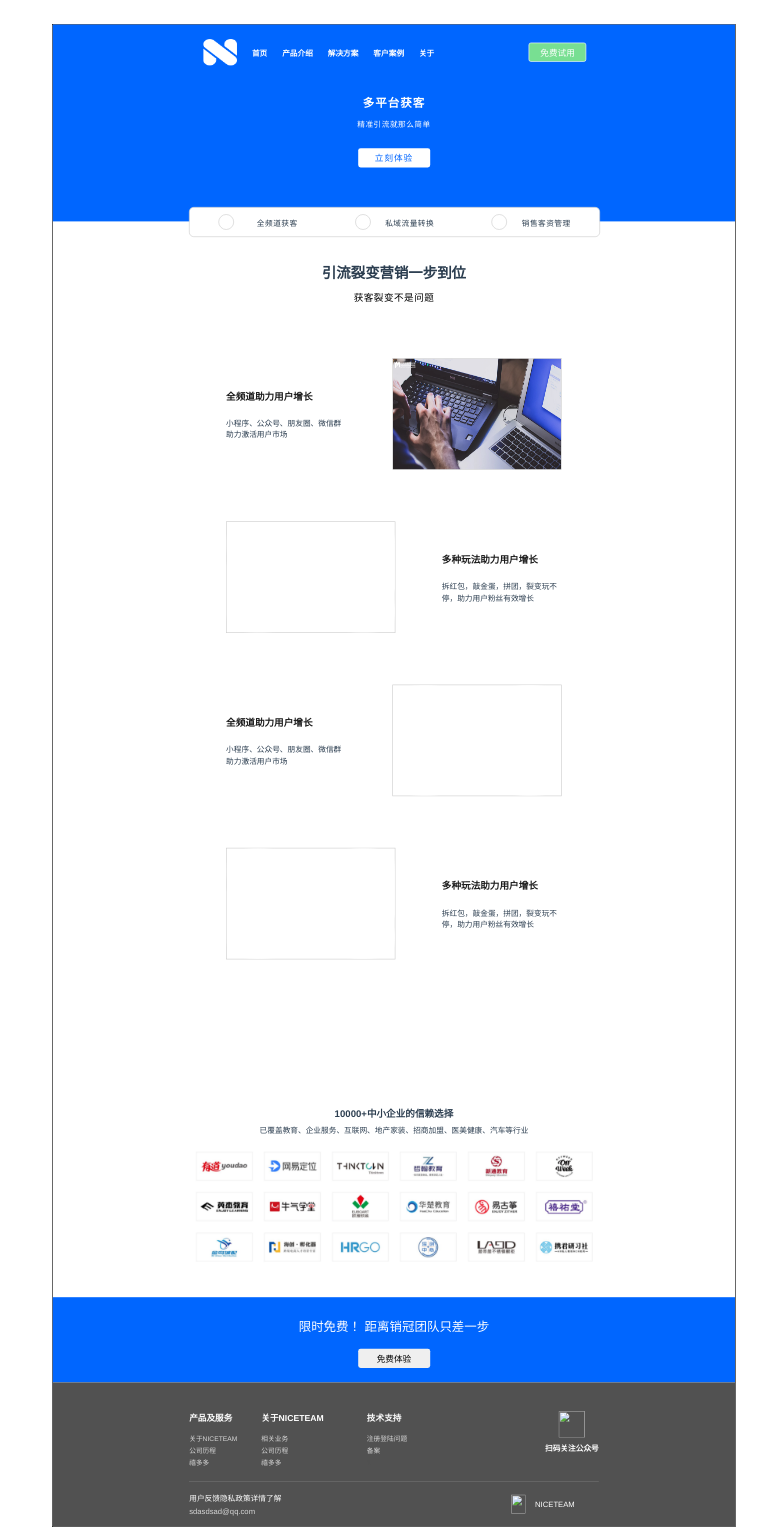
Repository: Alex-2020-0211/xrkj-guanwang
Page: /#/productintroduction (app in src/)
An editor plug-in stored every save of this project. The page is shown before and after the next save, followed by the edit.
The browser window is 1280 px wide. The page is 1300 px wide, so the pictures cover 1300 px, including what lies to the right of the window. The pictures show the whole page, at 60% of full size.
The project was rebuilt for these pictures with package versions that can differ from the ones it lists, and the page was loaded fresh each time. Also part of the build but not shown: src/src/components/Header.vue, src/src/views/Home.vue.

Above is the page before, as saved 2021-01-07 18:19:36.

After the next save:
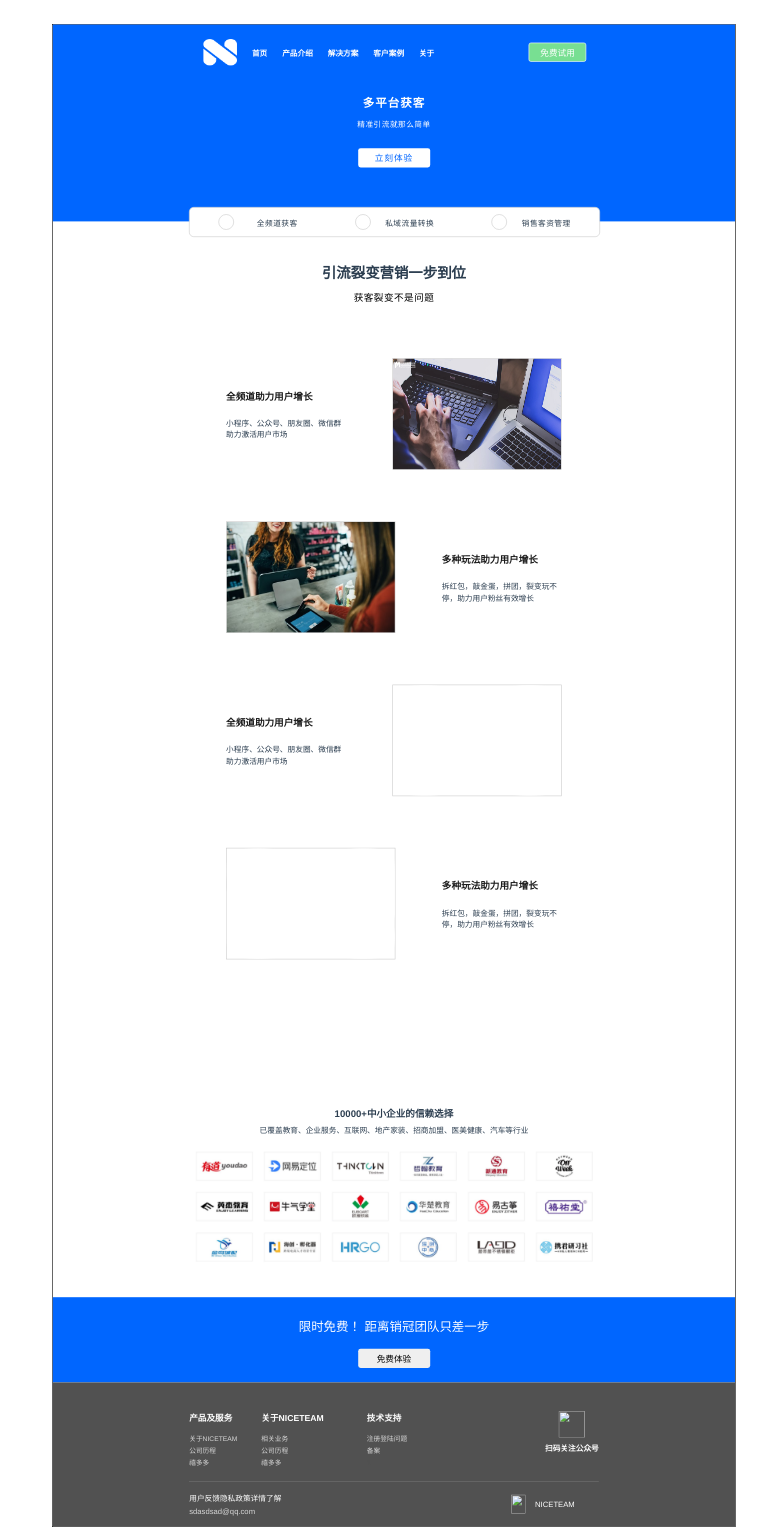
Saved 9 s later.
--- a/src/src/views/ProductIntroduction.vue
+++ b/src/src/views/ProductIntroduction.vue
@@ -54,7 +54,7 @@
             <img src="../assets/img/huoke-1.png" />
           </div>
           <div class="case">
-            <img src="../assets/img/logo.png" />
+            <img src="../assets/img/huoke-2.png" />
             <dl>
               <dt>多种玩法助力用户增长</dt>
               <dd>拆红包，敲金蛋，拼团，裂变玩不停，助力用户粉丝有效增长</dd>
